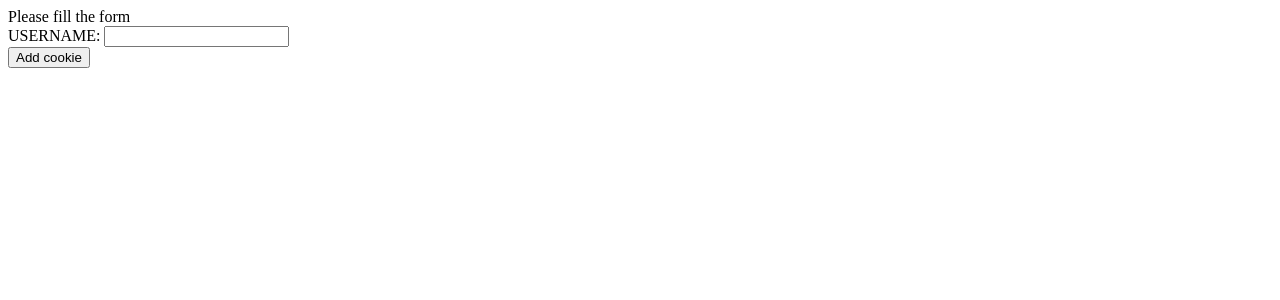
Repository: ShashantNagpure/AllProjects
Page: http://localhost/CookieManagement/
These files come from the project's save history. The page is drawn as it stood at one moment and after the next save; the edit follows.
The browser window is 1280 px wide. The pictures show the whole page.
The page is served by Tomcat 9.

Above is the page before, as saved 2018-09-19 05:02:21.

After the next save:
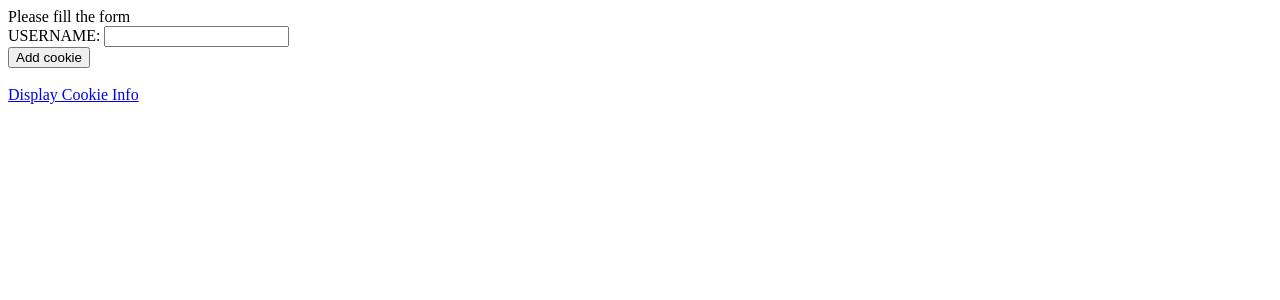
Saved 21 s later.
--- a/Servers/CookieManagement/WebContent/cookie.jsp
+++ b/Servers/CookieManagement/WebContent/cookie.jsp
@@ -14,5 +14,6 @@
 <input type="submit" value="Add cookie">
 </form>
 <br>
+<a href="showCookies">Display Cookie Info</a>
 </body>
 </html>
